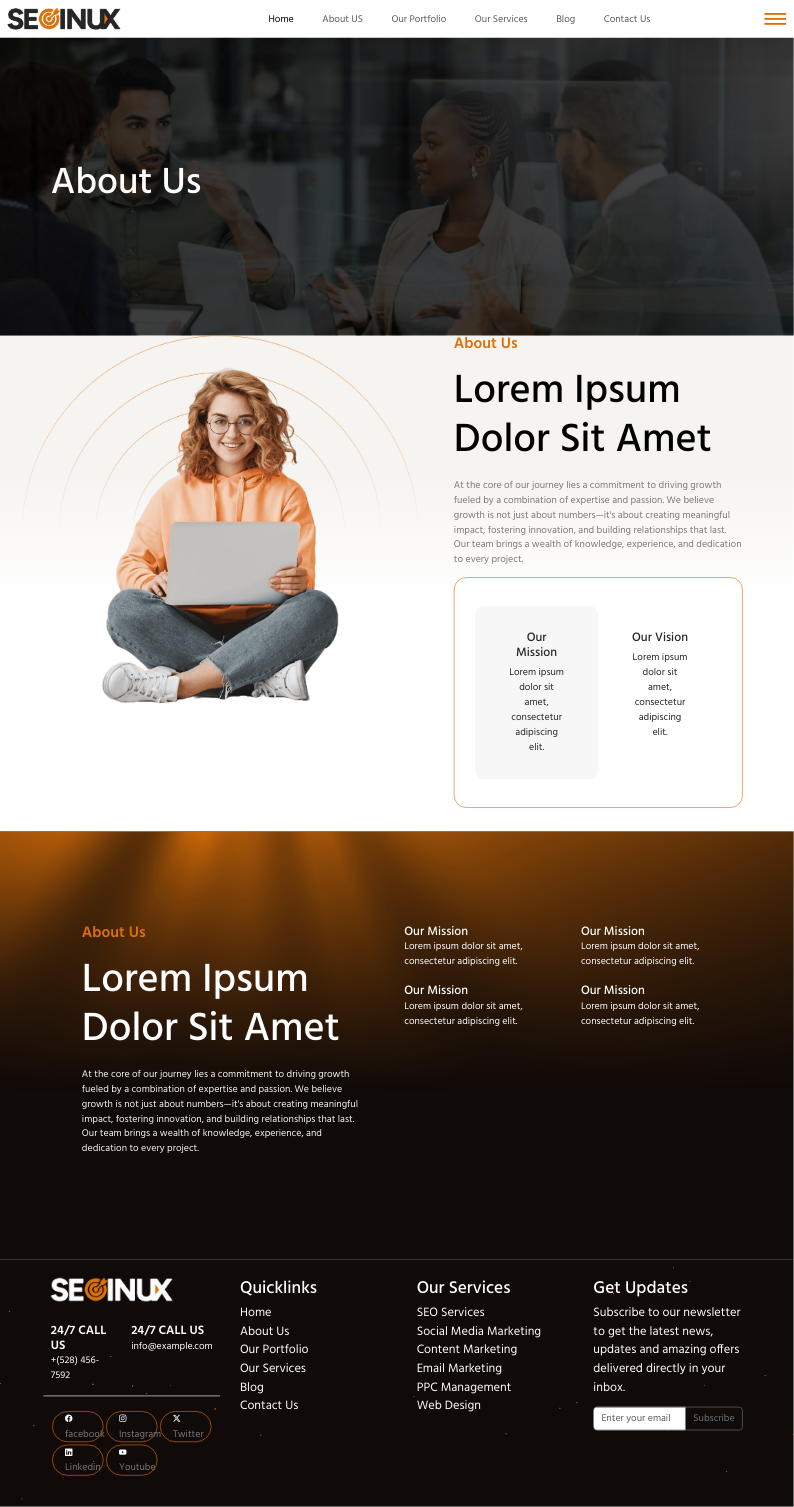
Repository: tagnam/seoinox
Page: about.html
An editor plug-in stored every save of this project. The page is shown before and after a run of saves, followed by the edit.
The browser window is 1280 px wide. The pictures show the whole page, at 62% of full size.
Backgrounds fixed to the window are drawn as part of the page.

Above is the page before, as saved 2025-02-26 10:51:39.

After the next 3 saves:
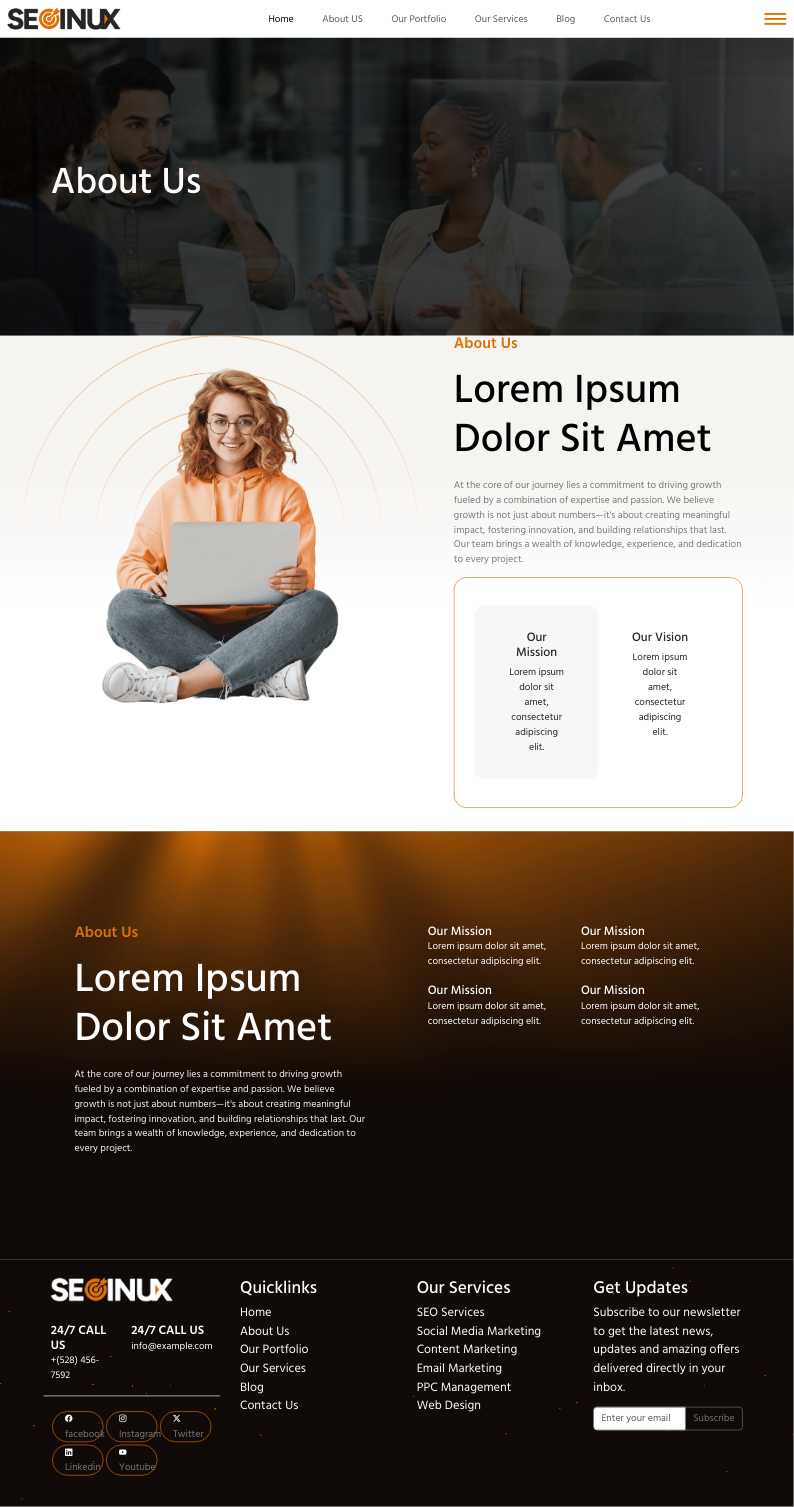
The 3 saves are shown as one change because they came seconds apart.
The last was saved 13 s later.
--- a/about.html
+++ b/about.html
@@ -117,15 +117,15 @@
 <section class="ab-page-choice-section">
 <div class="container">
   <div class="row">
-    <div class="col-lg-6">
-      <div class="about-content" style="padding: 0px 50px;">
+    <div class="col-lg-6" style="padding: 0px 50px;">
+      <div class="about-content" >
         <h2 class="about-main-heading" style="text-align: start;">About Us</h2>
         <p class="about-sub-heading" style="text-align: start ; line-height: 80px; color: #fff;">Lorem ipsum dolor sit amet</p>
         <p style="text-align: start; color: #F7F7F7;">At the core of our journey lies a commitment to driving growth fueled by a combination of expertise and passion. We believe growth is not just about numbers—it's about creating meaningful impact, fostering innovation, and building relationships that last. Our team brings a wealth of knowledge, experience, and dedication to every project.</p>
 
     </div>
     </div>
-    <div class="col-lg-6">
+    <div class="col-lg-6" style="padding: 0px 50px;">
       <div class="row row-cols-1 row-cols-md-2 g-4">
         <div class="col">
             <div class="card-body" style="color: #fff;">
